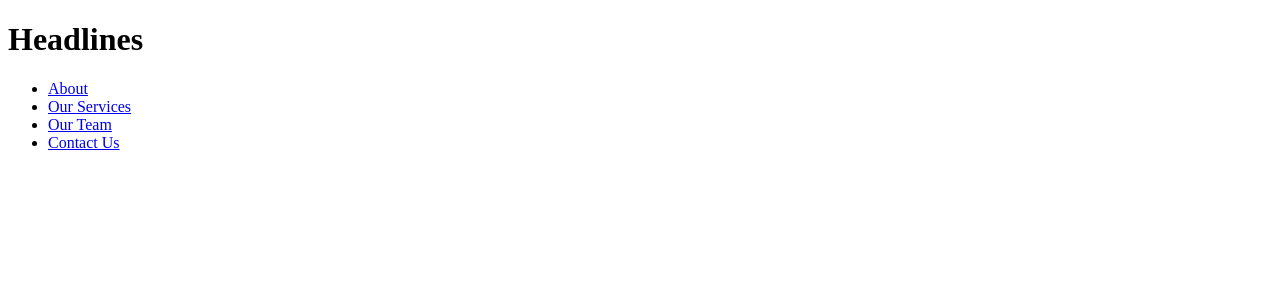
Repository: nghiakma/Javascript-begin
Page: codecademy/flex.html
These files come from the project's save history. The page is drawn as it stood at one moment and after a run of saves; the edit follows.
The browser window is 1280 px wide. The pictures show the whole page.

Above is the page before, as saved 2023-05-24 11:34:51.

### codecademy/flex.html
<!DOCTYPE html>
<!DOCTYPE html>
<html lang="en">

<head>
    <meta charset="UTF-8">
    <meta http-equiv="X-UA-Compatible" content="IE=edge">
    <meta name="viewport" content="width=device-width, initial-scale=1.0">
    <title>Document</title>
    <link rel="stylesheet" href="flex.css">
</head>

<body>
    <div class="header">
        <div class="container">
            <h1>Headlines</h1>
            <ul>
                <li><a href="3">About</a></li>
                <li><a href="#expertise">Our Services</a></li>
                <li><a href="3">Our Team</a></li>
                <li><a href="#footer">Contact Us</a></li>
            </ul>
        </div>
    </div>
</body>

</html>

Loaded but not shown: codecademy/flex.css (no stored copy; drawn as an empty file)

After the next 2 saves:
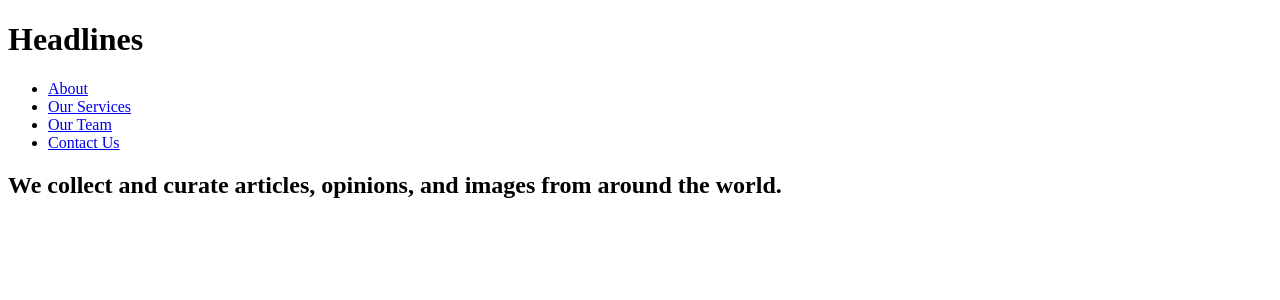
The 2 saves are shown as one change because they came seconds apart.
The last was saved 75 s later.
--- a/codecademy/flex.html
+++ b/codecademy/flex.html
@@ -22,6 +22,13 @@
             </ul>
         </div>
     </div>
+    <div class="jumbotron">
+        <div class="container">
+            <h2>We <span>collect and curate</span>
+                articles, opinions, and images
+                from around the world.</h2>
+        </div>
+    </div>
 </body>
 
 </html>
